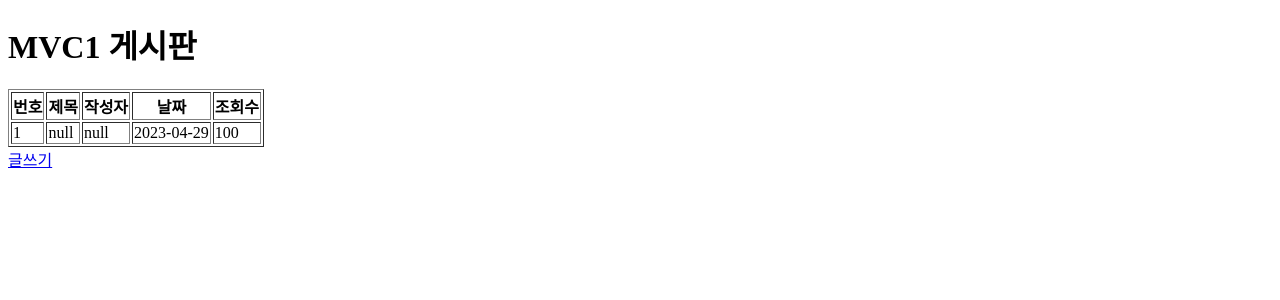
Repository: Jayking0215/myjava
Page: http://localhost/BBS/index.jsp
The author's editor kept a copy of each file at every save. The page is drawn from the files as they stood at one save, then again after the next save.
The browser window is 1280 px wide. The pictures show the whole page.
The page is served by Tomcat 9.

Above is the page before, as saved 2023-04-29 12:45:09.

After the next save:
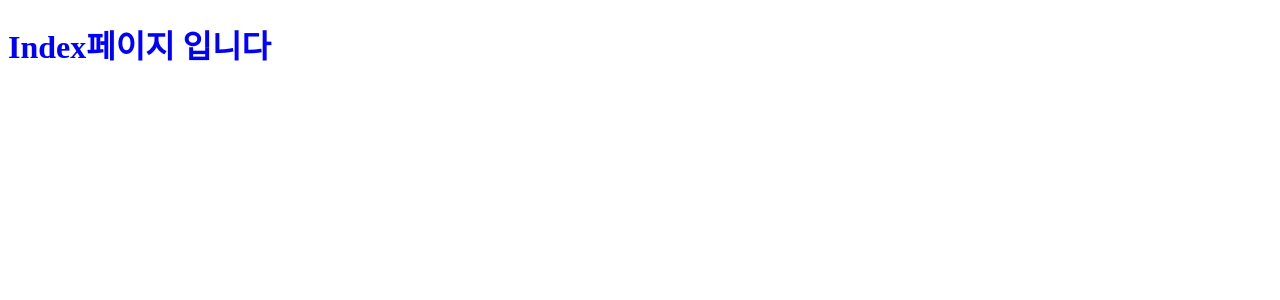
Saved 13 h 24 min later.
--- a/JSPBoard/BBS/src/main/webapp/index.jsp
+++ b/JSPBoard/BBS/src/main/webapp/index.jsp
@@ -1,43 +1,12 @@
 <%@ page language="java" contentType="text/html; charset=UTF-8"
     pageEncoding="UTF-8"%>
-<% request.setCharacterEncoding("UTF-8"); %>
 <!DOCTYPE html>
-<%@ page import="java.sql.*" %>
 <html>
 <head>
 <meta charset="UTF-8">
-<title>JSP 웹사이트 게시판</title>
+<title>index.jsp</title>
 </head>
-<%
-	int idx=1;
-	String title=request.getParameter("title");
-	String writer=request.getParameter("writer");
-	String content=request.getParameter("content");
-	String writeDate="2023-04-29";
-	int count=100;
-%>
 <body>
-	<h1>MVC1 게시판</h1>
-	<table border="1">
-		<thead>
-			<tr>
-				<th>번호</th>
-				<th>제목</th>
-				<th>작성자</th>
-				<th>날짜</th>
-				<th>조회수</th>
-			</tr>
-		</thead>
-		<tbody>
-			<tr>
-				<td><%=idx%></td>
-				<td><%=title%></td>
-				<td><%=writer%></td>
-				<td><%=writeDate%></td>
-				<td><%=count%></td>
-			</tr>
-		</tbody>
-	</table>
-	<a href="./write.jsp">글쓰기</a>
+	<h1 style="color:blue">Index페이지 입니다</h1>
 </body>
 </html>
